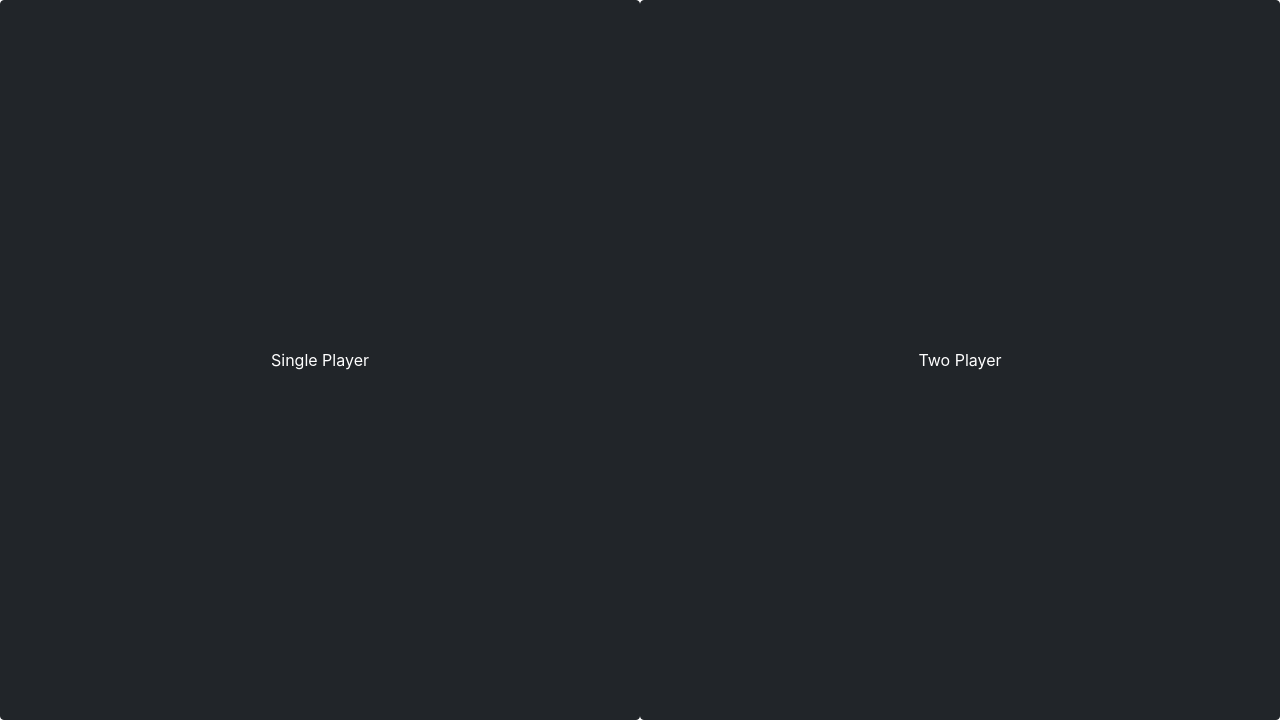
Repository: napan24/tic-tac-toe
Page: /
These files come from the project's save history. The page is drawn as it stood at one moment and after the next save; the edit follows.
The browser window is 1280 px wide. The pictures show the whole page.
The project was rebuilt for these pictures with package versions that can differ from the ones it lists, and the page was loaded fresh each time. Also part of the build but not shown: src/App.css, src/tik.css, src/App.js, src/Vscomp.js.

Above is the page before, as saved 2022-06-16 18:02:26.

After the next save:
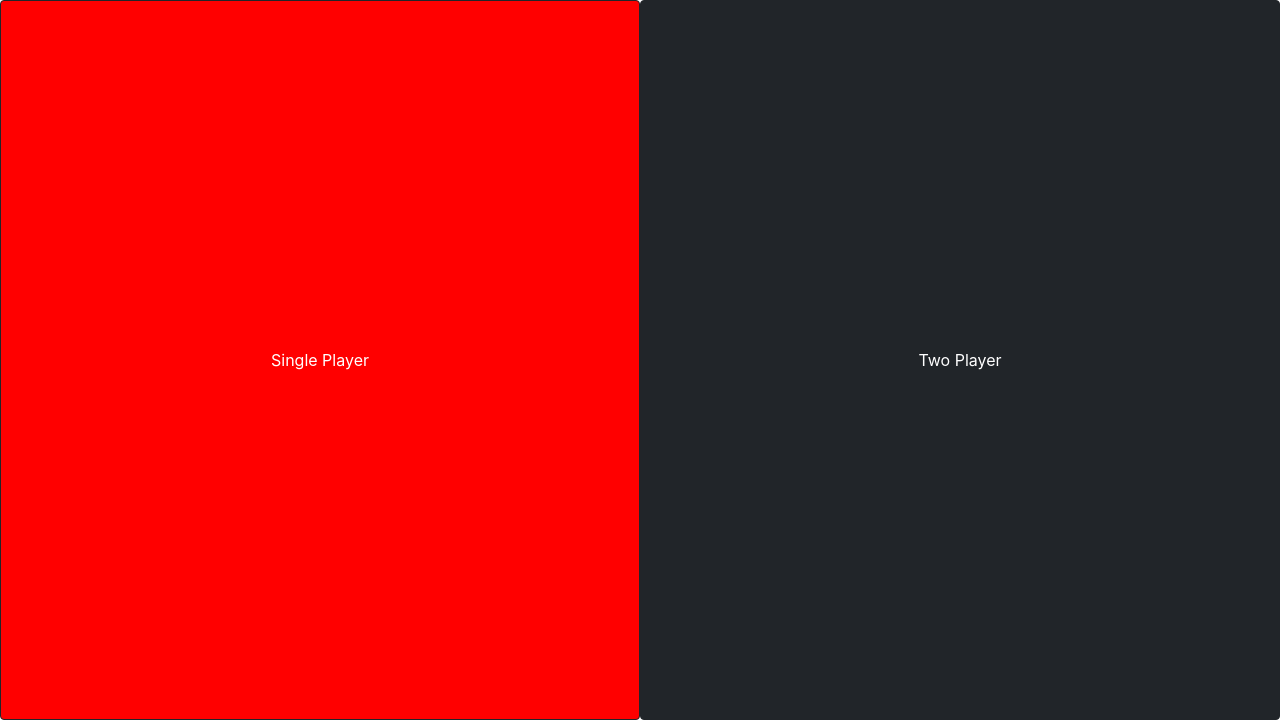
Saved 24 s later.
--- a/src/Home.js
+++ b/src/Home.js
@@ -5,7 +5,7 @@ import React from 'react';
 export default function () {
   return (
     <>
-        <button type="button" class="btn btn-dark" style={{width:"50vw",height:"100vh"}}>
+        <button type="button" class="btn btn-dark" style={{width:"50vw",height:"100vh",backgroundColor:"red"}}>
             Single Player
         </button>
         <button type="button" class="btn btn-dark" style={{width:"50vw",height:"100vh"}}>
